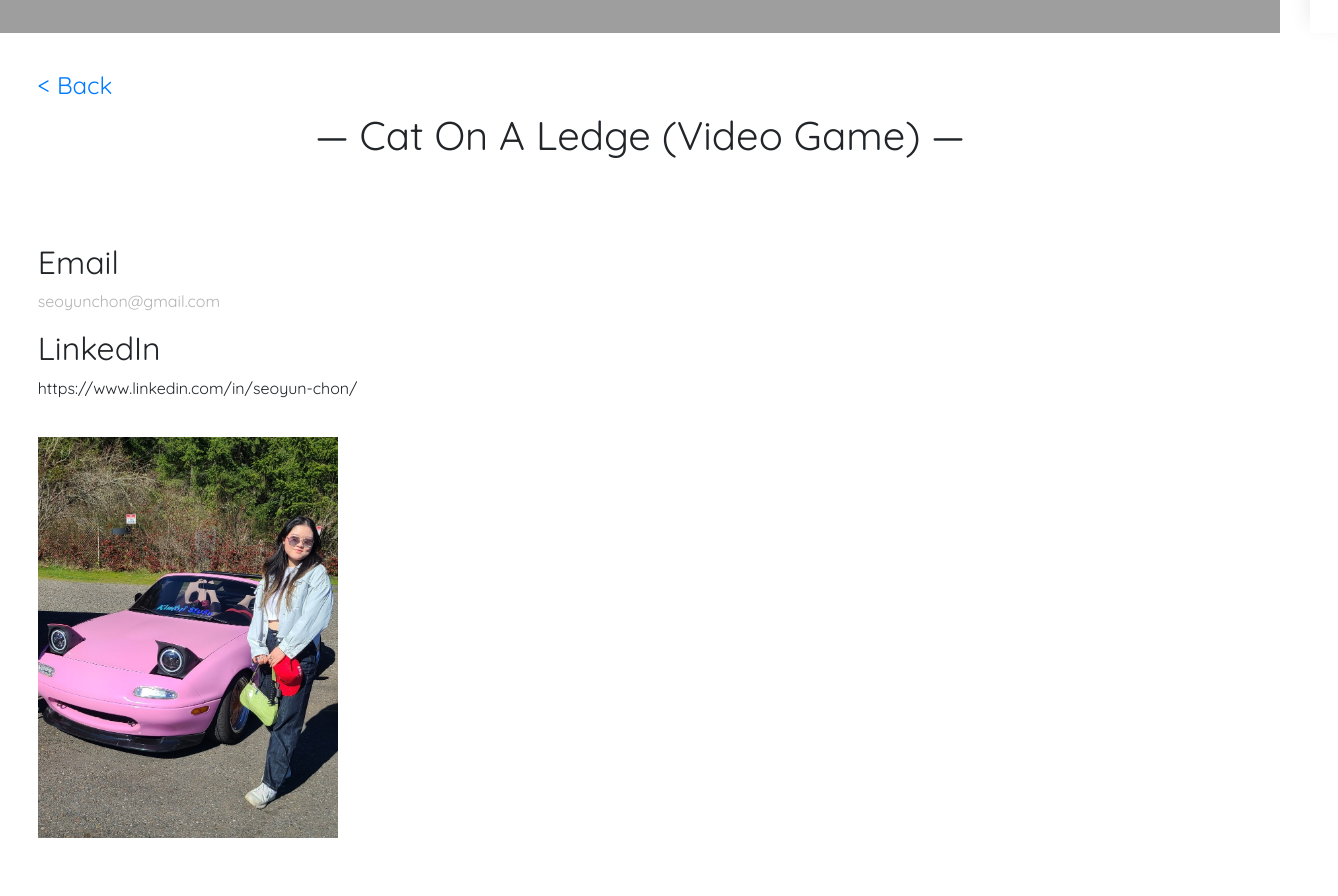
Repository: schon02/seoyun-chon-portfolio
Page: projects_catonaledge_page.html
These files come from the project's save history. The page is drawn as it stood at one moment and after the next save; the edit follows.
The browser window is 1280 px wide. The page is 1338 px wide, so the pictures cover 1338 px, including what lies to the right of the window. The pictures show the part of the page from y = 687 to 1583 px (the page is 1865 px tall before and 1849 px after).
Pictures or frames that could not be fetched are drawn as grey boxes.

Above is the page before, as saved 2025-01-31 17:11:22.

After the next save:
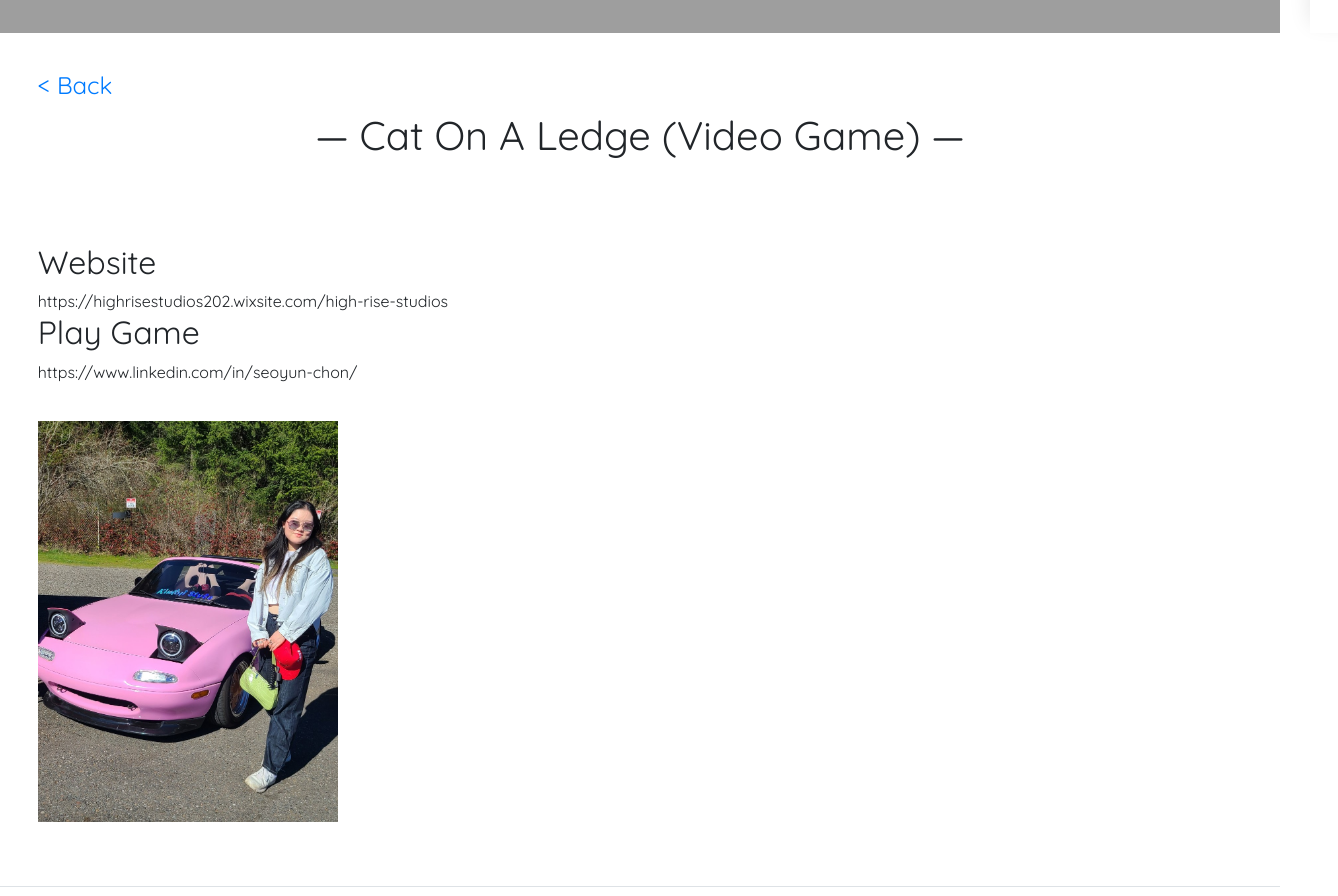
Saved 119 s later.
--- a/projects_catonaledge_page.html
+++ b/projects_catonaledge_page.html
@@ -129,13 +129,10 @@
         </div>
 
         <div class="text-left" style="padding-top: 1cm; padding-left: 1cm;">
-          <h2 style="padding-top: 1cm;">Email</h2>
-          <p>seoyunchon@gmail.com</p>
-          <h2>LinkedIn</h2>
+          <h2 style="padding-top: 1cm;">Website</h2>
+          <a href="https://highrisestudios202.wixsite.com/high-rise-studios" class="text-reset"> https://highrisestudios202.wixsite.com/high-rise-studios </a>
+          <h2>Play Game</h2>
           <a href="https://www.linkedin.com/in/seoyun-chon/" class="text-reset"> https://www.linkedin.com/in/seoyun-chon/ </a>
-          <!-- <h2>Order-Specific Emails</h2>
-          <p>orders@domain.com</p>
-          <p>returns@domain.com</p> -->
           <p><img src="images/pink_miata.JPEG"
                style="width:300px; padding-top: 1cm;"></p>
       </div>
